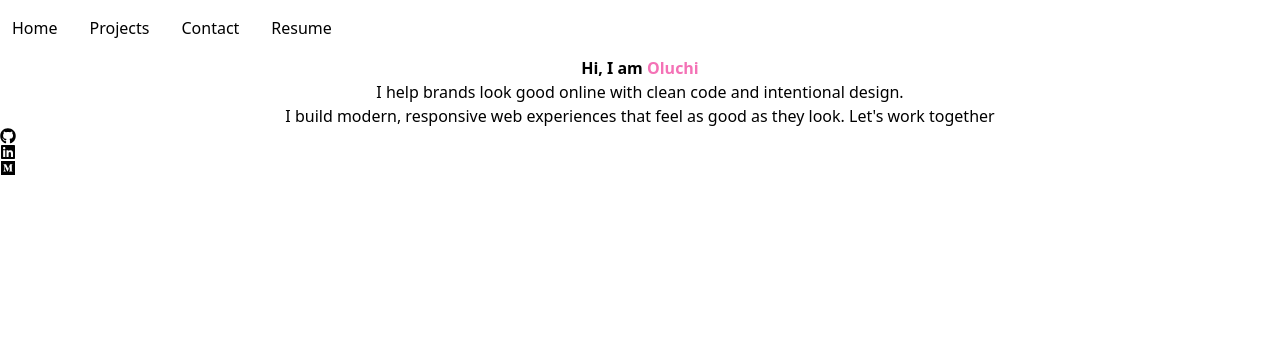
Repository: ooluchi/portfolio_
Page: / (app in my-react-app/)
These files come from the project's save history. The page is drawn as it stood at one moment and after the next save; the edit follows.
The browser window is 1280 px wide. The pictures show the whole page.
The project was rebuilt for these pictures with package versions that can differ from the ones it lists, and the page was loaded fresh each time. Also part of the build but not shown: my-react-app/vite.config.ts.

Above is the page before, as saved 2025-11-20 11:40:53.

### my-react-app/src/index.css
@import url("https://fonts.googleapis.com/css2?family=Kumbh+Sans:wght@100;200;300;400;500;600;700;800;900&display=swap");

@tailwind base;
@tailwind components;
@tailwind utilities;

* {
    margin: 0;
    padding: 0;
    box-sizing: border-box;
  }

### my-react-app/src/App.tsx


import './index.css'
import Home from './components/Home'
import NavBar from './components/NavBar'

export default function App() {

  return (
    <div className='dark'>
    <NavBar />
    <Home />
    </div>
  )
}

### my-react-app/src/components/Home.tsx
import { FaGithub, FaLinkedin, FaMedium } from "react-icons/fa";

import "../index.css";


export default function Home() {
  return (
    <div>

      <div className="text-center mt-30">
        <h1 className="font-bold">Hi, I am <span className="text-pink-400">Oluchi</span></h1>
        <p>I help brands look good online with clean code and intentional design.</p>
        <p>I build modern, responsive web experiences that feel as good as they look. Let's work together</p>
      </div>
      <div>
        <a
          href="https://github.com/ooluchi"
          target="_blank"
          rel="noreferrer"
          aria-label="GitHub"
        >
          <FaGithub/>
        </a>
        <a
          href="https://github.com/ooluchi"
          target="_blank"
          rel="noreferrer"
          aria-label="LinkedIn"
        >
        <FaLinkedin />
        </a>

        <a
          href="https://medium.com/@ooluchiokoro"
          target="_blank"
          rel="noreferrer"
          aria-label="Medium"
        >
          <FaMedium />
        </a>

      </div>
    </div>
  )
}

### my-react-app/src/components/NavBar.tsx

import "../index.css";





export default function NavBar() {

  // const [isOpen, setIsOpen] = useState(false);

  return (
    <nav className="text-center">
      <div className="text-center py-4 ">
        <div className="">
          <div className="lg:hidden">

          </div>
          <div className="w-full lg:block">
            <ul className={`flex flex-row align-justify gap-8 ml-3 lg:static`}>
              <li className=""><a href="#">Home</a></li>
              <li className=""><a href="#">Projects</a></li>
              <li className=""><a href="#">Contact</a></li>
              <li className=""><a href="#">Resume</a></li>
            </ul>
          </div>

        </div>


      </div>

    </nav>
  )
}

Loaded but not shown: my-react-app/index.html (common file); my-react-app/src/main.tsx (common file); my-react-app/tailwind.config.js (common file)

After the next save:
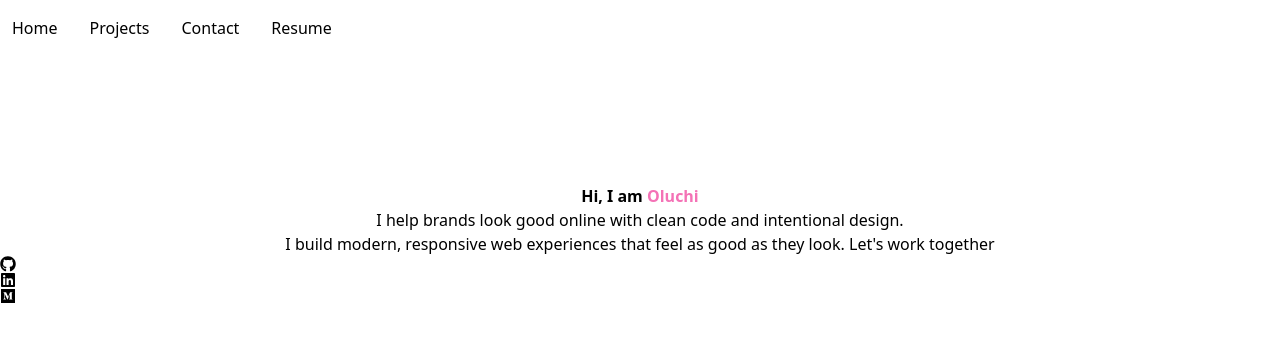
Saved 11 s later.
--- a/my-react-app/src/components/Home.tsx
+++ b/my-react-app/src/components/Home.tsx
@@ -7,7 +7,7 @@
   return (
     <div>
 
-      <div className="text-center mt-30">
+      <div className="text-center mt-32">
         <h1 className="font-bold">Hi, I am <span className="text-pink-400">Oluchi</span></h1>
         <p>I help brands look good online with clean code and intentional design.</p>
         <p>I build modern, responsive web experiences that feel as good as they look. Let's work together</p>

After the 2 saves that followed:
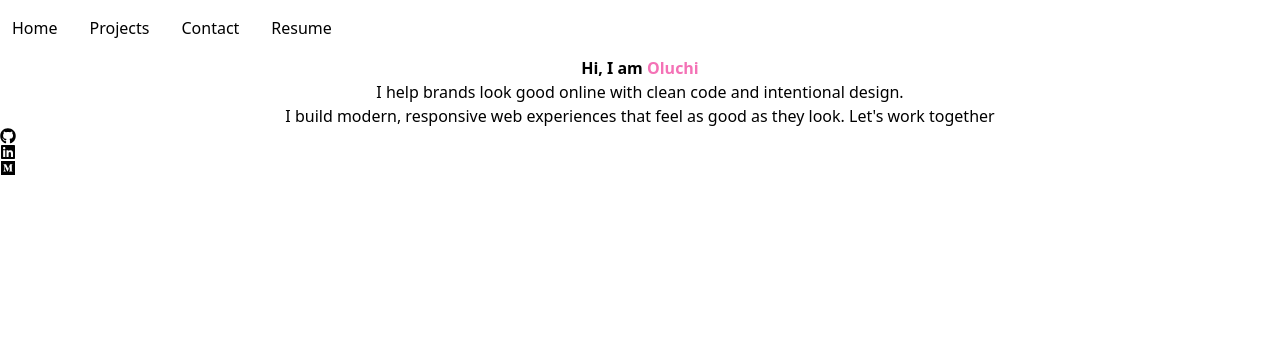
The 2 saves are shown as one change because they came seconds apart.
The last was saved 13 s later.
--- a/my-react-app/src/components/Home.tsx
+++ b/my-react-app/src/components/Home.tsx
@@ -7,7 +7,7 @@
   return (
     <div>
 
-      <div className="text-center mt-32">
+      <div className="text-center mt-26">
         <h1 className="font-bold">Hi, I am <span className="text-pink-400">Oluchi</span></h1>
         <p>I help brands look good online with clean code and intentional design.</p>
         <p>I build modern, responsive web experiences that feel as good as they look. Let's work together</p>
